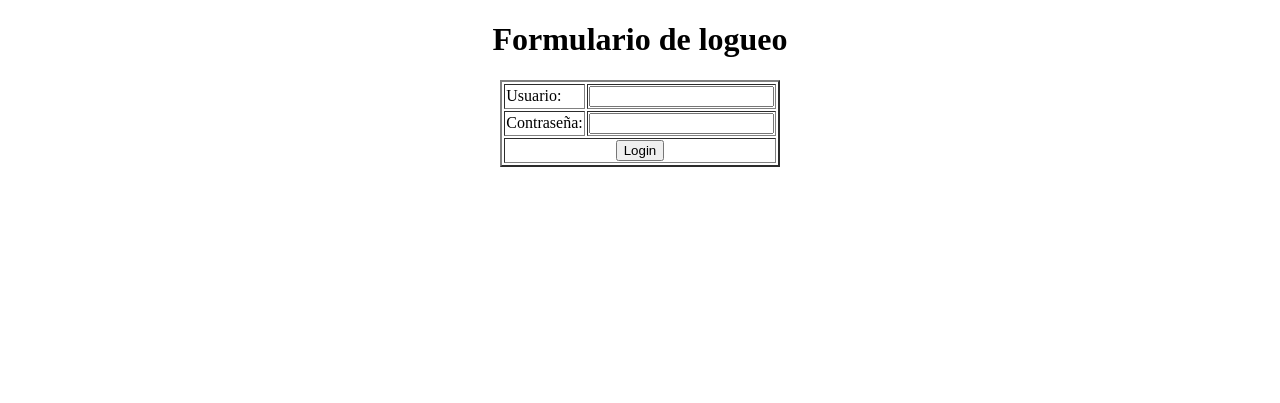
Repository: ErickCis/LPII_CL2_CISNEROSBAUTISTA
Page: http://localhost/LPII_CL2_CISNEROSBAUTISTA/Login.jsp
An editor plug-in stored every save of this project. The page is shown before and after the next save, followed by the edit.
The browser window is 1280 px wide. The pictures show the whole page.
Some web libraries are served in a nearby version. The page is served by Tomcat 9. Other server files are loaded and not shown.

Above is the page before, as saved 2024-06-23 10:42:38.

### LPII_CL2_CISNEROSBAUTISTA/src/main/webapp/Login.jsp
<%@ page language="java" contentType="text/html; charset=ISO-8859-1"
    pageEncoding="ISO-8859-1"%>
<!DOCTYPE html PUBLIC "-//W3C//DTD HTML 4.01 Transitional//EN" "http://www.w3.org/TR/html4/loose.dtd">
<html>
<head>
<meta http-equiv="Content-Type" content="text/html; charset=ISO-8859-1">
<title>Insert title here</title>
</head>
<body>
<h1 align="center">Formulario de logueo</h1>

<form action="login" method="post">
<table align="center" border="2">

<tr>
<td><label for="usuario">Usuario:</label></td>
<td><input type="text" id="usuario" name="usuario"></td>
</tr>

<tr>
<td><label for="password">Contraseña:</label></td>
<td><input type="password" id="password" name="password"></td>
</tr>

<tr>
<td colspan="2"  align="center"><input type="submit" value="Login"></td>
</tr>

</table>
</form>
</body>
</html>

After the next save:
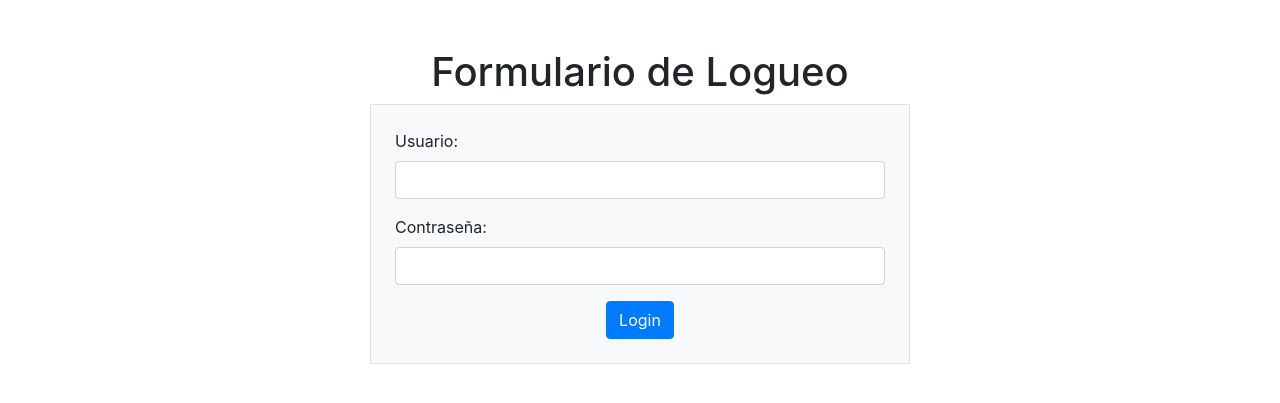
Saved 53 s later.
--- a/LPII_CL2_CISNEROSBAUTISTA/src/main/webapp/Login.jsp
+++ b/LPII_CL2_CISNEROSBAUTISTA/src/main/webapp/Login.jsp
@@ -4,29 +4,34 @@
 <html>
 <head>
 <meta http-equiv="Content-Type" content="text/html; charset=ISO-8859-1">
-<title>Insert title here</title>
+<title>Formulario de Logueo</title>
+<!-- Bootstrap CSS -->
+<link href="https://stackpath.bootstrapcdn.com/bootstrap/4.5.2/css/bootstrap.min.css" rel="stylesheet">
 </head>
 <body>
-<h1 align="center">Formulario de logueo</h1>
-
-<form action="login" method="post">
-<table align="center" border="2">
-
-<tr>
-<td><label for="usuario">Usuario:</label></td>
-<td><input type="text" id="usuario" name="usuario"></td>
-</tr>
-
-<tr>
-<td><label for="password">Contraseña:</label></td>
-<td><input type="password" id="password" name="password"></td>
-</tr>
-
-<tr>
-<td colspan="2"  align="center"><input type="submit" value="Login"></td>
-</tr>
-
-</table>
-</form>
+<div class="container">
+    <h1 class="text-center mt-5">Formulario de Logueo</h1>
+    <div class="row justify-content-center">
+        <div class="col-md-6">
+            <form action="login" method="post" class="border p-4 bg-light">
+                <div class="form-group">
+                    <label for="usuario">Usuario:</label>
+                    <input type="text" id="usuario" name="usuario" class="form-control">
+                </div>
+                <div class="form-group">
+                    <label for="password">Contraseña:</label>
+                    <input type="password" id="password" name="password" class="form-control">
+                </div>
+                <div class="text-center">
+                    <button type="submit" class="btn btn-primary">Login</button>
+                </div>
+            </form>
+        </div>
+    </div>
+</div>
+<!-- Bootstrap JS and dependencies -->
+<script src="https://code.jquery.com/jquery-3.5.1.slim.min.js"></script>
+<script src="https://cdn.jsdelivr.net/npm/@popperjs/core@2.5.4/dist/umd/popper.min.js"></script>
+<script src="https://stackpath.bootstrapcdn.com/bootstrap/4.5.2/js/bootstrap.min.js"></script>
 </body>
 </html>
